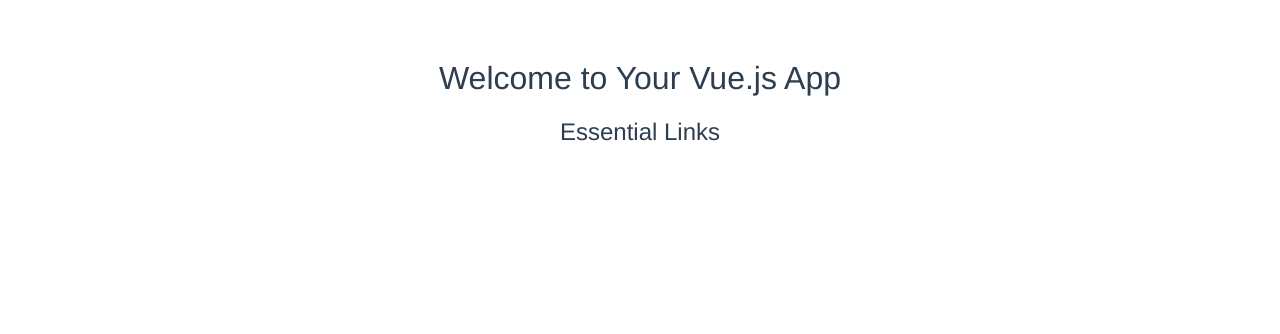
Repository: NotTooTwo/vueRouter
Page: /#/
These files come from the project's save history. The page is drawn as it stood at one moment and after the next save; the edit follows.
The browser window is 1280 px wide. The pictures show the whole page.
The project was rebuilt for these pictures with package versions that can differ from the ones it lists, and the page was loaded fresh each time.

Above is the page before, as saved 2018-03-12 17:30:28.

### src/components/HelloWorld.vue
<template>
  <div class="hello">
    <h1>{{ msg }}</h1>
    <h2>Essential Links</h2>
  </div>
</template>

<script>
import Child from './child'
export default {
  name: 'HelloWorld',
  data () {
    return {
      msg: 'Welcome to Your Vue.js App'
    }
  },
  components:{
    Child
  }
}
</script>

<!-- Add "scoped" attribute to limit CSS to this component only -->
<style scoped>
h1, h2 {
  font-weight: normal;
}
ul {
  list-style-type: none;
  padding: 0;
}
li {
  display: inline-block;
  margin: 0 10px;
}
a {
  color: #42b983;
}
</style>

### src/components/child.vue
<template>
  <div class="child">
    <h1>child</h1>
    <h2>count : {{count}}</h2>
    <button @click='add'>add</button>
  </div>
</template>

<script>
export default {
  name: 'child',
  data () {
    return {
      msg: 'Welcome to Your Vue.js App',
      count: 1,
    }
  },
  mounted:{
    add(){
      ++this.count
    }
  }
}
</script>

<!-- Add "scoped" attribute to limit CSS to this component only -->
<style scoped>
h1, h2 {
  font-weight: normal;
}
ul {
  list-style-type: none;
  padding: 0;
}
li {
  display: inline-block;
  margin: 0 10px;
}
a {
  color: #42b983;
}
</style>

Loaded but not shown: index.html (common file); src/main.js (common file); src/App.vue (common file); src/router/index.js (common file)

After the next save:
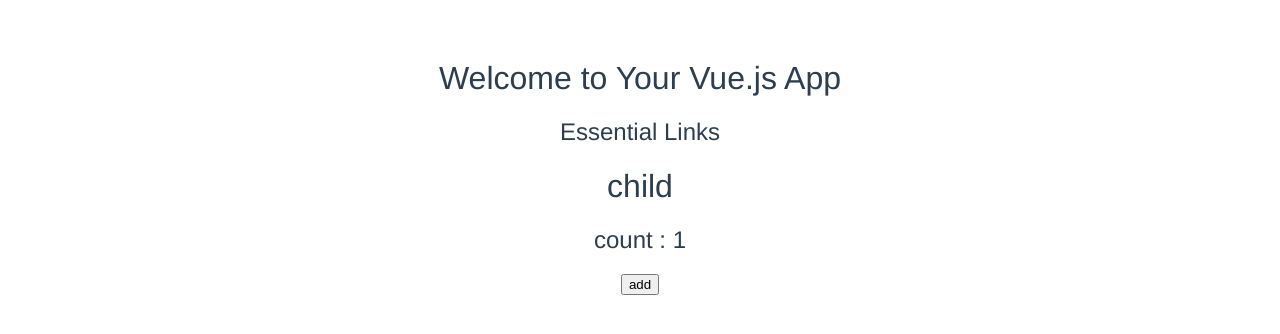
Saved 14 s later.
--- a/src/components/HelloWorld.vue
+++ b/src/components/HelloWorld.vue
@@ -2,6 +2,7 @@
   <div class="hello">
     <h1>{{ msg }}</h1>
     <h2>Essential Links</h2>
+    <Child></Child>
   </div>
 </template>
 
